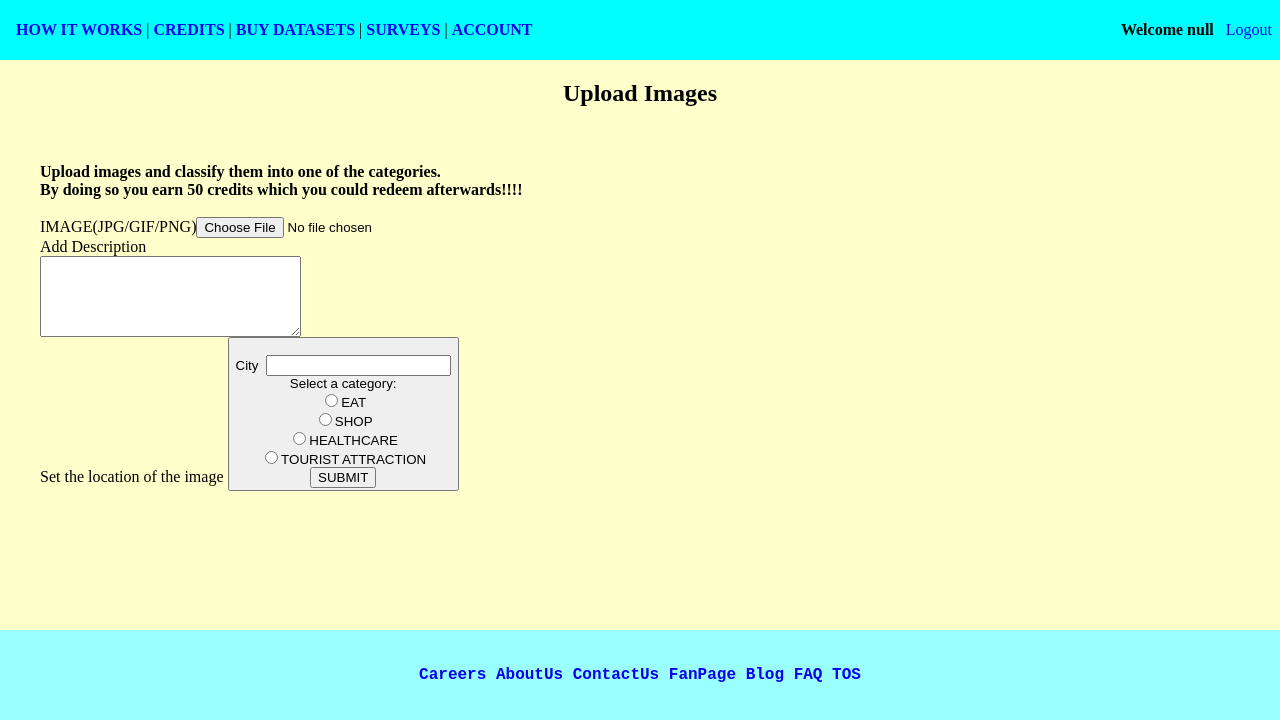
Repository: nicks707/LocoShack_TGMC-project
Page: http://localhost/ram/uploadphoto.jsp
These files come from the project's save history. The page is drawn as it stood at one moment and after the next save; the edit follows.
The browser window is 1280 px wide. The pictures show the whole page.
The page is served by Tomcat 9.

Above is the page before, as saved 2012-03-20 11:29:56.

After the next save:
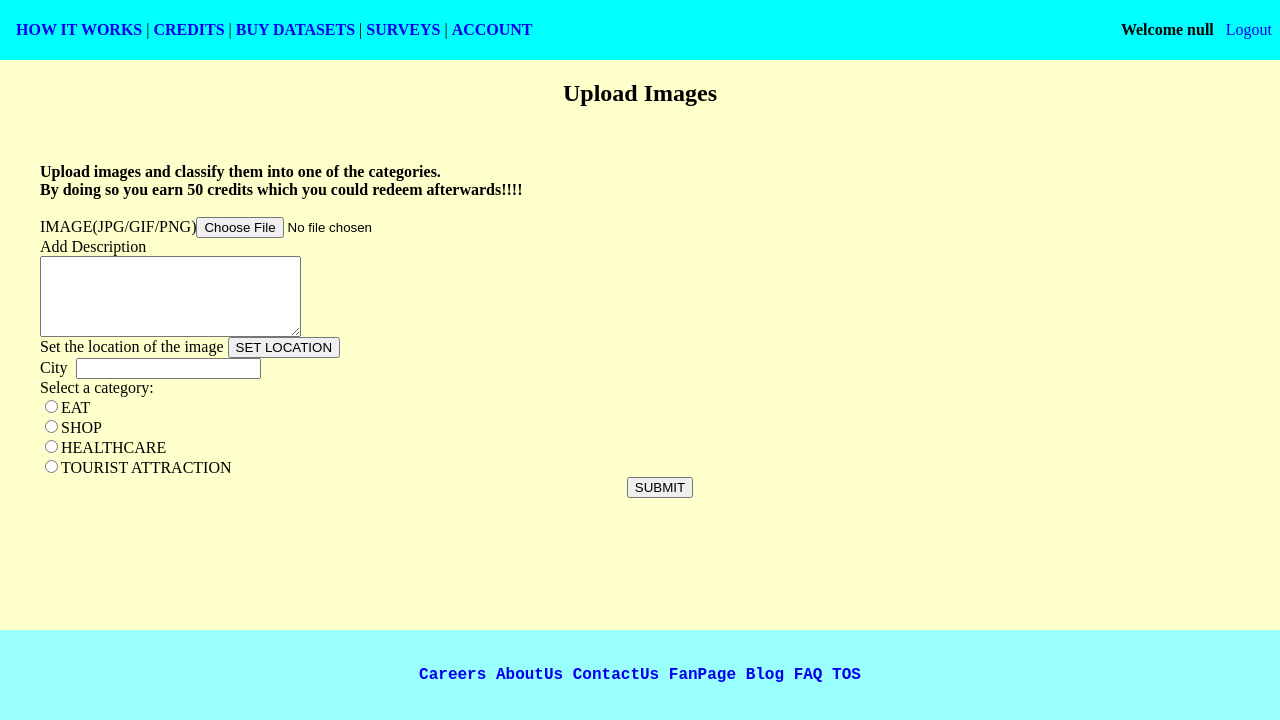
Saved 3 min 7 s later.
--- a/ram/WebContent/uploadphoto.jsp
+++ b/ram/WebContent/uploadphoto.jsp
@@ -24,7 +24,7 @@ By doing so you earn 50 credits which you could redeem afterwards!!!!</b><br/><b
 IMAGE(JPG/GIF/PNG)<input type="file" name="image" id="image" size="20"><br/>
 Add Description<br/>
 <textarea rows="5" cols="30"></textarea><br/>
-Set the location of the image&nbsp;<button value="SET LOCATION" onclick="window/open('setloc2.jsp','setloc2')"><br/>
+Set the location of the image&nbsp;<input type="button" value="SET LOCATION" onclick="window/open('setloc2.jsp','setloc2')"><br/>
 <input type="hidden" name="lat" id="lat">
 <input type="hidden" name="lat" id="lat">
 City&nbsp;&nbsp;<input type="text" name="city" id="city"><br/>
